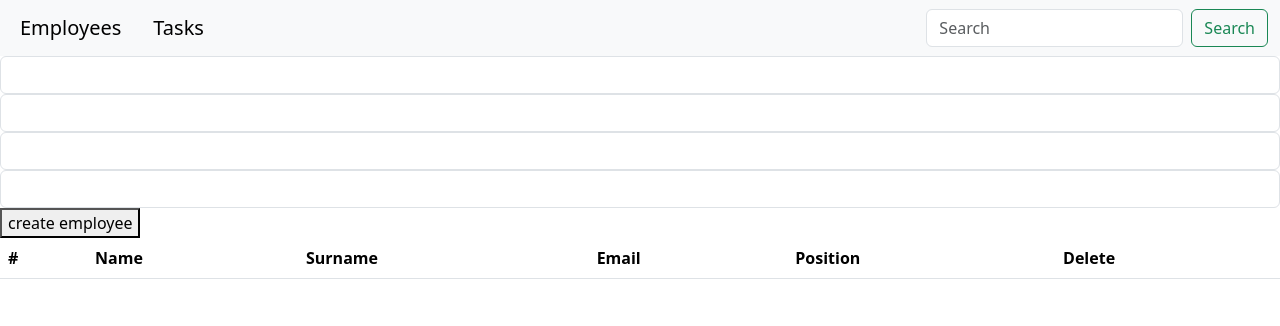
Repository: RaffiBarseghyan/employees
Page: /employees
These files come from the project's save history. The page is drawn as it stood at one moment and after the next save; the edit follows.
The browser window is 1280 px wide. The pictures show the whole page.
The page's requests for data from a server got no answer. The project was rebuilt for these pictures with package versions that can differ from the ones it lists, and the page was loaded fresh each time. No one was signed in, and anything a server would have sent is missing. Also part of the build but not shown: src/App.css, src/Pages/Employees/employees.module.scss, src/Pages/UpDel/upDel.module.scss, src/Pages/UpDel/delete.jsx, src/Pages/Tasks/tasks.jsx.

Above is the page before, as saved 2023-06-15 01:10:32.

### src/App.jsx
import "./App.css";
import Header from "./Pages/Header/header";
import { BrowserRouter, Routes, Route } from "react-router-dom";
import "bootstrap/dist/css/bootstrap.css";
import Employees from "./Pages/Employees/employees";
import Tasks from "./Pages/Tasks/tasks";

function App() {
  return (
    <>
      <BrowserRouter>
        <Header />

        <Routes>
          <Route path="/employees" element={<Employees />} />

          <Route path="/tasks" element={<Tasks />} />

          {/*
          <Route path="/category/:search" element={<Category />} />

          <Route path="/toy/:userId" element={<Toy />} />  */}
        </Routes>
      </BrowserRouter>
    </>
  );
}

export default App;

### src/Pages/Header/header.jsx
import { Link } from "react-router-dom";
import style from "./header.module.scss";

function Header() {
  return (
    <>
      <nav className="navbar navbar-expand-lg bg-body-tertiary">
        <div className="container-fluid">
          <button
            className="navbar-toggler"
            type="button"
            data-bs-toggle="collapse"
            data-bs-target="#navbarSupportedContent"
            aria-controls="navbarSupportedContent"
            aria-expanded="false"
            aria-label="Toggle navigation"
          >
            <span className="navbar-toggler-icon"></span>
          </button>
          <div className="collapse navbar-collapse" id="navbarSupportedContent">
            <ul className="navbar-nav me-auto mb-2 mb-lg-0">
              <li className="nav-item">
                <Link className={`nav-link navbar-brand active ${style.linkStyle}`} to="/employees">
                  Employees
                </Link>
              </li>
              <li className="nav-item">
                <Link
                  className={`nav-link navbar-brand ${style.linkStyle}`}
                  to="/tasks"
                >
                  Tasks
                </Link>
              </li>
            </ul>
            <form className="d-flex" role="search">
              <input
                className="form-control me-2"
                type="search"
                placeholder="Search"
                aria-label="Search"
              />
              <button className="btn btn-outline-success" type="submit">
                Search
              </button>
            </form>
          </div>
        </div>
      </nav>
    </>
  );
}

export default Header;

### src/Pages/Employees/employees.jsx
import { useEffect, useState } from "react";
import style from "./employees.module.scss";
import axios from "axios";
import Delete from "../UpDel/delete";

function Employees() {
  const [data, setdata] = useState([]);

  useEffect(() => {
    axios
      .get(
        `https://rocky-temple-83495.herokuapp.com/employees?_page=1&_limit=10`
      )
      .then((res) => {
        const persons = res.data;
        setdata(persons);
      });
  }, []);
  return (
    <>
      <div>
        <input className="form-control me-2" type="text" />
        <input className="form-control me-2" type="text" />
        <input className="form-control me-2" type="email" />
        <input className="form-control me-2" type="text" />
        <button>create employee</button>
      </div>

      <table className="table">
        <thead>
          <tr>
            <th scope="col">#</th>
            <th scope="col">Name</th>
            <th scope="col">Surname</th>
            <th scope="col">Email</th>
            <th scope="col">Position</th>
            <th scope="col">Delete</th>
          </tr>
        </thead>
        <tbody>
          {data.map((item) => {
            return (
              <tr key={item.id} className={`${style.employees} `}>
                <th scope="row">{item.id}</th>
                <td>{item.name}</td>
                <td>{item.surname}</td>
                <td>{item.email}</td>
                <th>{item.position}</th>

                <th>
                  <button className={`${style.basketButtonDe} btn btn-danger `}>
                    <Delete id={item.id} req="user" />
                  </button>
                </th>
              </tr>
            );
          })}
        </tbody>
      </table>
    </>
  );
}

export default Employees;

Loaded but not shown: src/index.js (common file); src/index.css (common file); src/reportWebVitals.js (common file); src/Pages/Header/header.module.scss (no stored copy; drawn as an empty file)

After the next save:
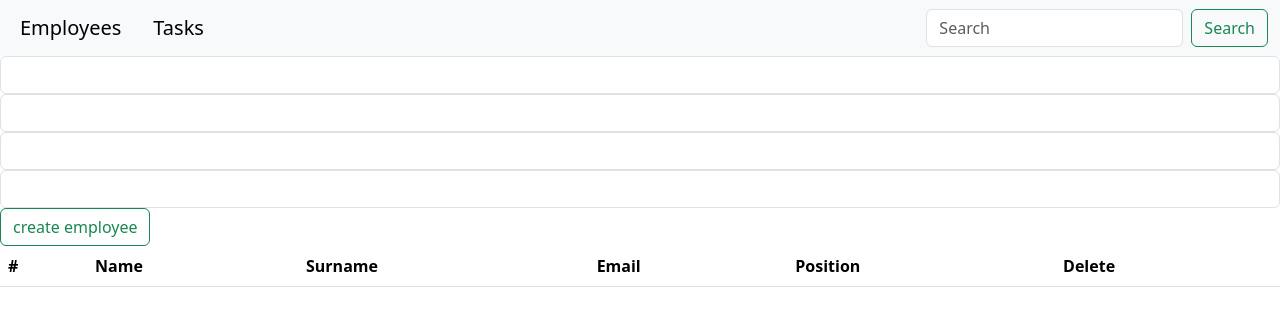
Saved 18 s later.
--- a/src/Pages/Employees/employees.jsx
+++ b/src/Pages/Employees/employees.jsx
@@ -23,7 +23,7 @@ function Employees() {
         <input className="form-control me-2" type="text" />
         <input className="form-control me-2" type="email" />
         <input className="form-control me-2" type="text" />
-        <button>create employee</button>
+        <button className="btn btn-outline-success">create employee</button>
       </div>
 
       <table className="table">
